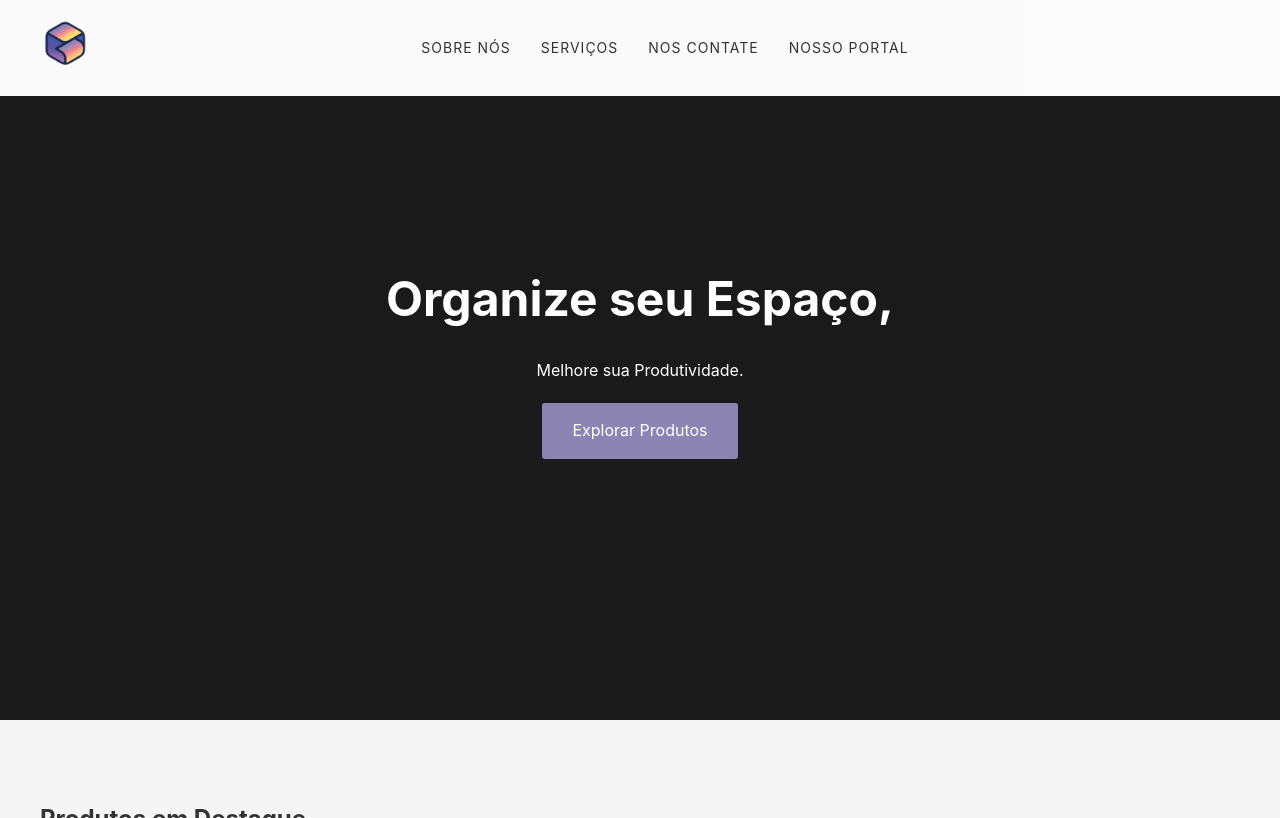
Repository: Gabrielb0rn/0EasyDesk.io
Page: index.html
An editor plug-in stored every save of this project. The page is shown before and after the next save, followed by the edit.
The browser window is 1280 px wide. The pictures show the part of the page from y = 0 to 818 px (the page is 1927 px tall).
A picture or video elsewhere on the page could not be fetched, so the positions and the page height are approximate.

Above is the page before, as saved 2024-10-31 15:09:57.

After the next save:
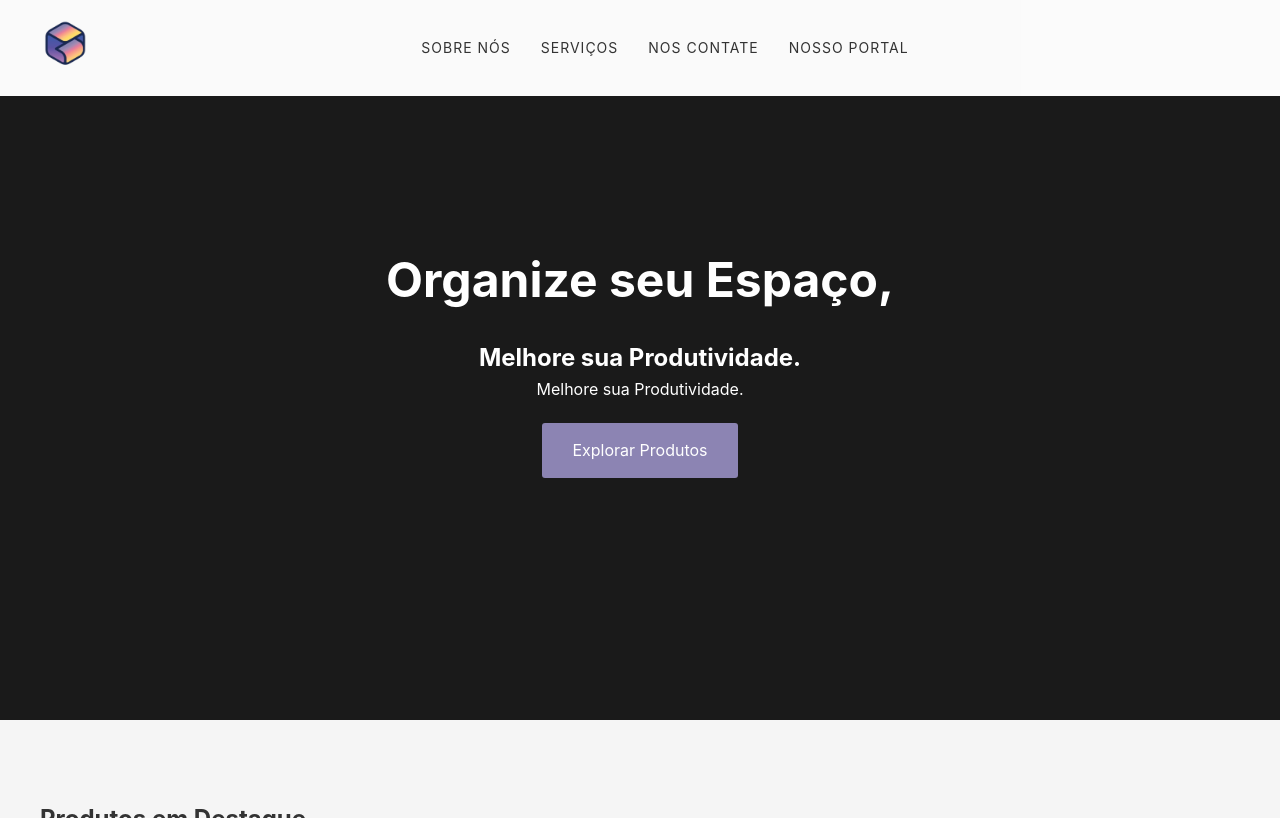
Saved 7 s later.
--- a/index.html
+++ b/index.html
@@ -30,6 +30,7 @@
     <section class="hero">
         <div class="hero-content">
             <h1>Organize seu Espaço,</h1>
+            <h2> Melhore sua Produtividade.</h2>
             <p> Melhore sua Produtividade.</p>
             <a href="/produtos" class="cta-button">Explorar Produtos</a>
         </div>
